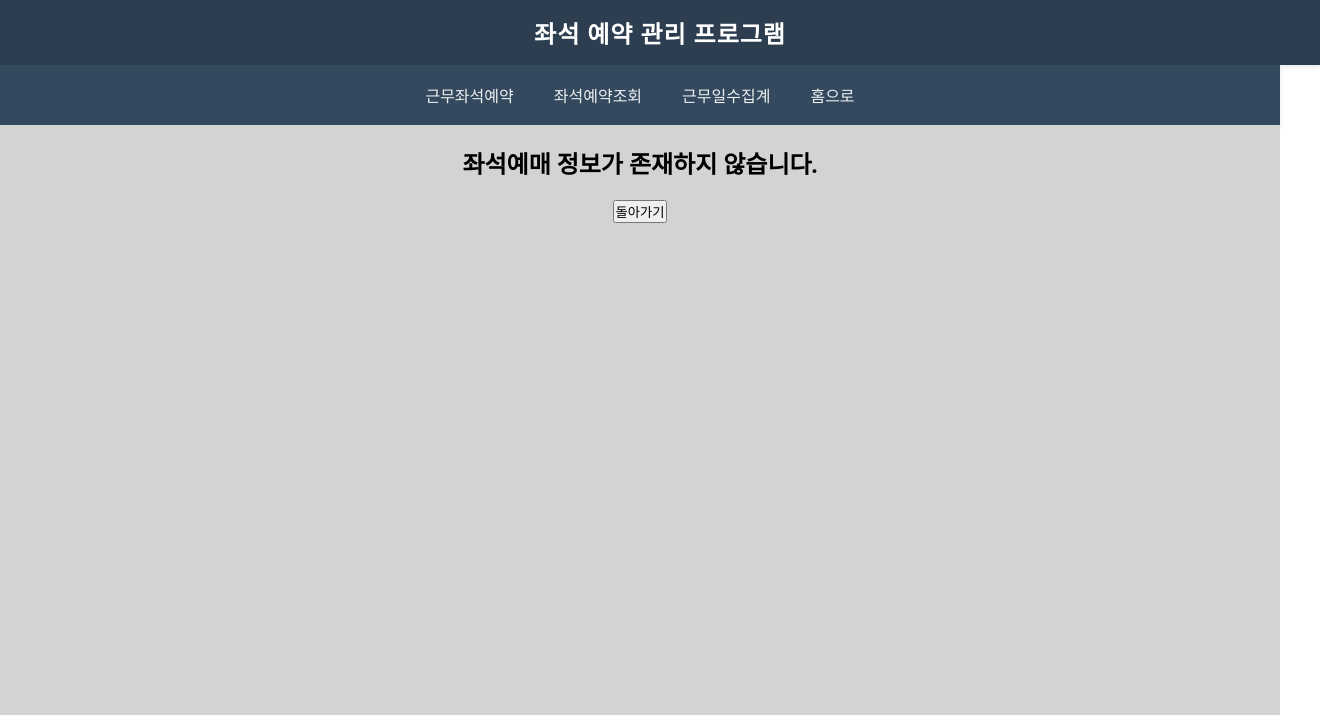
Repository: seowonjong/proje-ct
Page: http://localhost/seat/list_action.jsp
An editor plug-in stored every save of this project. The page is shown before and after the next save, followed by the edit.
The browser window is 1280 px wide. The page is 1320 px wide, then 1280 px, so the pictures cover 1320 px, including what lies to the right of the window. The pictures show the whole page.
The page is served by Tomcat 9. Queries for data that is not in the repository find no rows.

Above is the page before, as saved 2025-08-25 02:00:43.

### seat/src/main/webapp/list_action.jsp
<%@page import="java.sql.ResultSet"%>
<%@page import="java.sql.PreparedStatement"%>
<%@ page language="java" contentType="text/html; charset=UTF-8"
    pageEncoding="UTF-8"%>
<%@include file="db.jsp" %>
<%
	request.setCharacterEncoding("utf-8");

	String emptno = request.getParameter("emptno");

	PreparedStatement pstmt = null;
	ResultSet rs = null;

	try{
		String sql = "select * from tbl_resv_2504 where empno=?";

		pstmt = con.prepareStatement(sql);
		pstmt.setString(1, emptno);

		rs = pstmt.executeQuery();
		if(rs.next()){
			%>
			<jsp:forward page="success.jsp"></jsp:forward>
		<%
		}
		else{
			%>
			<jsp:forward page="fail.jsp"></jsp:forward>
			<%
					}
	}catch(Exception e){
		e.printStackTrace();
	}


%>

### seat/src/main/webapp/db.jsp
<%@page import="java.sql.DriverManager"%>
<%@page import="java.sql.Connection"%>
<%@ page language="java" contentType="text/html; charset=UTF-8"
    pageEncoding="UTF-8"%>
<%
	Class.forName("oracle.jdbc.OracleDriver");
	Connection con = DriverManager.getConnection("jdbc:oracle:thin:@//localhost:1521/xe", "system", "1234");
%>

### seat/src/main/webapp/fail.jsp
<%@ page language="java" contentType="text/html; charset=UTF-8"
    pageEncoding="UTF-8"%>
<!DOCTYPE html>
<html>
<head>
<meta charset="UTF-8">
<title>fail</title>
<style>
	*{
		margin: 0;
		padding: 0;
	}

	section{
		width: 100%;
		height: calc(100vh - 130px);
		background-color: lightgray;
		text-align: center;
	}

	section h2{
		padding: 20px;
		text-align: center;
	}
</style>
</head>
<body>
<jsp:include page="header.jsp"></jsp:include>
	<jsp:include page="nav.jsp"></jsp:include>
	<section>
		<h2> 좌석예매 정보가 존재하지 않습니다. </h2>

		<input type="button" value="돌아가기" onclick="window.location.href='slist.jsp'">
	</section>
	<jsp:include page="footer.jsp"></jsp:include>

</body>
</html>

### seat/src/main/webapp/header.jsp
<%@ page language="java" contentType="text/html; charset=UTF-8"
    pageEncoding="UTF-8"%>
<!DOCTYPE html>
<html>
<head>
<meta charset="UTF-8">
<title>header</title>
<style>
	/* header 스타일 */
	header {
		width: 100%;
		background: #2c3e50; /* 모던한 다크 블루 */
		color: #fff;
		padding: 15px 20px;
		text-align: center;
		box-shadow: 0 2px 5px rgba(0, 0, 0, 0.1);
	}

	header h3 {
		font-size: 1.5rem;
		font-weight: bold;
		letter-spacing: 1px;
	}
</style>
</head>
<body>
<header>
	<h3>좌석 예약 관리 프로그램</h3>
</header>
</body>
</html>

### seat/src/main/webapp/nav.jsp
<%@ page language="java" contentType="text/html; charset=UTF-8"
    pageEncoding="UTF-8"%>
<!DOCTYPE html>
<html>
<head>
<meta charset="UTF-8">
<title>nav</title>
<style>
	/* nav 스타일 */
	nav {
		width: 100%;
		background: #34495e; /* 헤더보다 살짝 밝은 톤 */
		display: flex;
		justify-content: center; /* 메뉴 중앙 정렬 */
		align-items: center;
		padding: 10px 0;
		box-shadow: 0 2px 5px rgba(0, 0, 0, 0.1);
	}

	nav a {
		color: #ecf0f1; /* 밝은 글씨 */
		text-decoration: none;
		font-size: 1rem;
		padding: 8px 15px;
		margin: 0 5px;
		border-radius: 5px;
		transition: background 0.3s ease, color 0.3s ease;
	}

	nav a:hover {
		background: #1abc9c; /* 마우스 오버 시 강조색 */
		color: #fff;
	}
</style>
</head>
<body>
<nav>
	<a href="insert.jsp">근무좌석예약</a>
	<a href="slist.jsp">좌석예약조회</a>
	<a href="count.jsp">근무일수집계</a>
	<a href="index.jsp">홈으로</a>
</nav>
</body>
</html>

### seat/src/main/webapp/footer.jsp
<%@ page language="java" contentType="text/html; charset=UTF-8"
    pageEncoding="UTF-8"%>
<!DOCTYPE html>
<html>
<head>
<meta charset="UTF-8">
<title>footer</title>
<style>
	/* body를 flex 컨테이너로 설정 */
	html, body {
		height: 100%;
		margin: 0;
		padding: 0;
		display: flex;
		flex-direction: column;
	}

	/* footer 스타일 */
	footer {
		width: 100%;
		background: #2c3e50; /* 헤더와 통일 */
		color: #ecf0f1;
		text-align: center;
		padding: 15px 0;
		font-size: 0.9rem;
		box-shadow: 0 -2px 5px rgba(0, 0, 0, 0.1);
		letter-spacing: 0.5px;
		margin-top: auto; /* 화면 아래로 밀기 */
	}
</style>
</head>
<body>

After the next save:
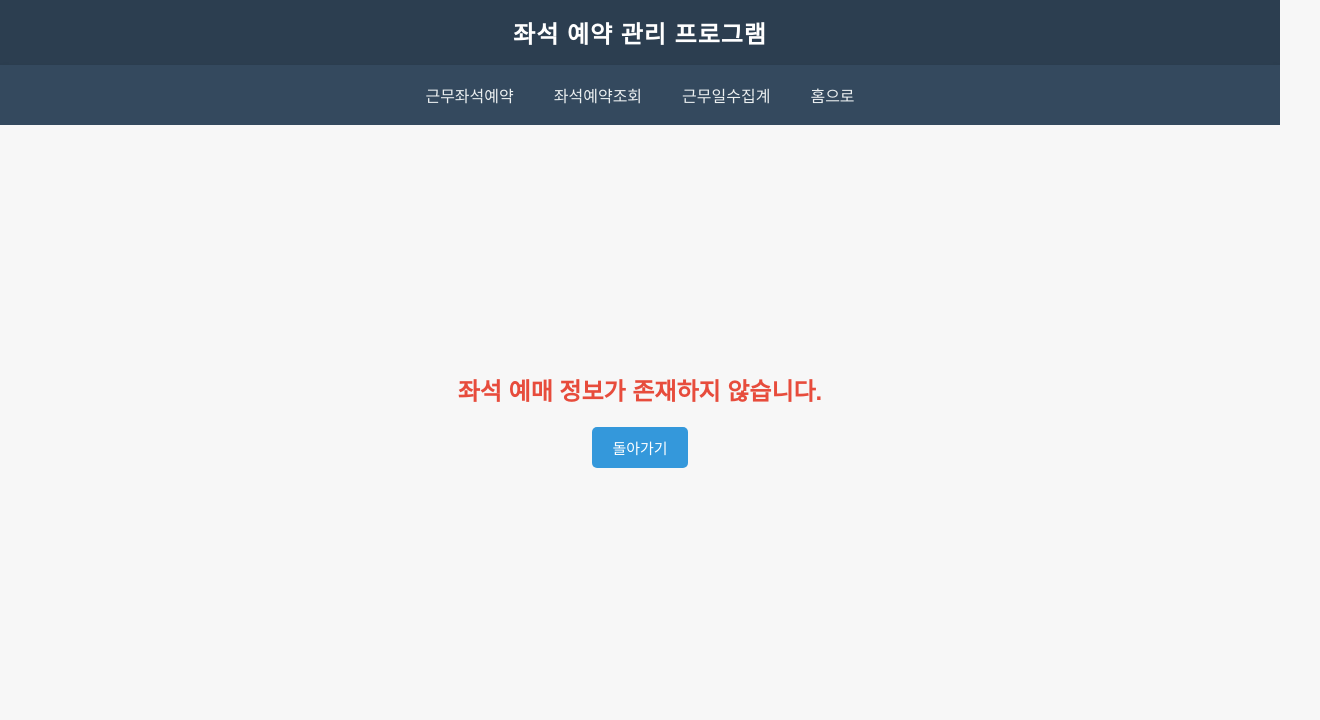
Saved 34 s later.
--- a/seat/src/main/webapp/fail.jsp
+++ b/seat/src/main/webapp/fail.jsp
@@ -4,35 +4,88 @@
 <html>
 <head>
 <meta charset="UTF-8">
-<title>fail</title>
+<title>조회 실패</title>
 <style>
-	*{
-		margin: 0;
-		padding: 0;
+* {
+	margin: 0;
+	padding: 0;
+	box-sizing: border-box;
+	font-family: 'Noto Sans KR', sans-serif;
+}
+
+body {
+	background: #f7f7f7;
+	color: #333;
+}
+
+section {
+	width: 100%;
+	min-height: calc(100vh - 130px);
+	background: #f7f7f7;
+	display: flex;
+	flex-direction: column;
+	align-items: center;
+	justify-content: center;
+	padding: 20px;
+}
+
+section h2 {
+	font-size: 24px;
+	color: #e74c3c; /* 빨간색으로 실패 알림 강조 */
+	margin-bottom: 20px;
+	text-align: center;
+}
+
+input[type="button"] {
+	padding: 10px 20px;
+	font-size: 15px;
+	background: #3498db;
+	color: #fff;
+	border: none;
+	border-radius: 5px;
+	cursor: pointer;
+	transition: background 0.3s;
+}
+
+input[type="button"]:hover {
+	background: #2980b9;
+}
+
+@media (max-width: 768px) {
+	section h2 {
+		font-size: 20px;
 	}
+	input[type="button"] {
+		width: 80%;
+		font-size: 14px;
+	}
+}
 
-	section{
-		width: 100%;
-		height: calc(100vh - 130px);
-		background-color: lightgray;
-		text-align: center;
-	}
-
-	section h2{
-		padding: 20px;
-		text-align: center;
-	}
+/* Footer 고정 */
+footer {
+	width: 100%;
+	height: 50px;
+	background-color: #2c3e50;
+	color: #fff;
+	text-align: center;
+	line-height: 50px;
+	position: fixed;
+	bottom: 0;
+	left: 0;
+	font-size: 0.9rem;
+	box-shadow: 0 -2px 5px rgba(0,0,0,0.1);
+}
 </style>
 </head>
 <body>
 <jsp:include page="header.jsp"></jsp:include>
-	<jsp:include page="nav.jsp"></jsp:include>
-	<section>
-		<h2> 좌석예매 정보가 존재하지 않습니다. </h2>
+<jsp:include page="nav.jsp"></jsp:include>
 
-		<input type="button" value="돌아가기" onclick="window.location.href='slist.jsp'">
-	</section>
-	<jsp:include page="footer.jsp"></jsp:include>
+<section>
+	<h2>좌석 예매 정보가 존재하지 않습니다.</h2>
+	<input type="button" value="돌아가기" onclick="window.location.href='slist.jsp'">
+</section>
 
+<jsp:include page="footer.jsp"></jsp:include>
 </body>
 </html>
